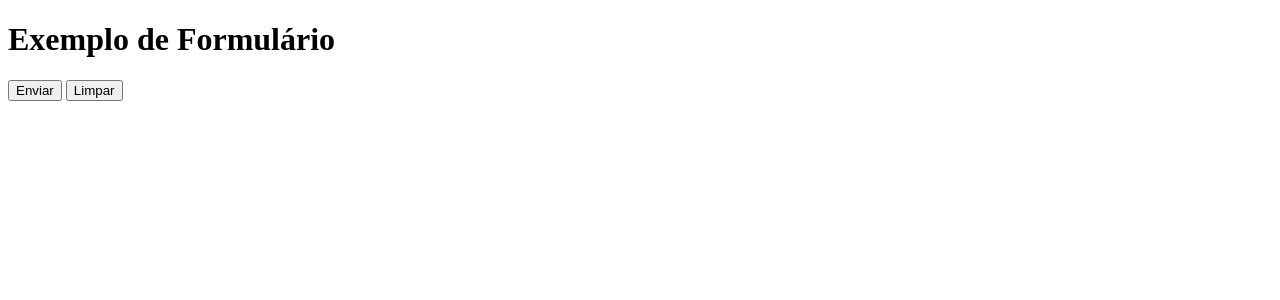
Repository: Codigo404q/html-css
Page: exercicios/ex025/form008.html
The author's editor kept a copy of each file at every save. The page is drawn from the files as they stood at one save, then again after a run of saves.
The browser window is 1280 px wide. The pictures show the whole page.

Above is the page before, as saved 2024-01-31 21:25:08.

### exercicios/ex025/form008.html
<!DOCTYPE html>
<html lang="pt-br">
<head>
    <meta charset="UTF-8">
    <meta name="viewport" content="width=device-width, initial-scale=1.0">
    <title>Formulário</title>
</head>
<body>
    <h1>Exemplo de Formulário </h1>
    <form action="cadastro.lua" method="get" autocomplete="on"></form>
    <p>
        <label for="in1"></label>
    </p>
    <p>
        <input type="submit" value="Enviar">
        <input type="reset" value="Limpar">
    </p>
</body>
</html>

After the next 7 saves:
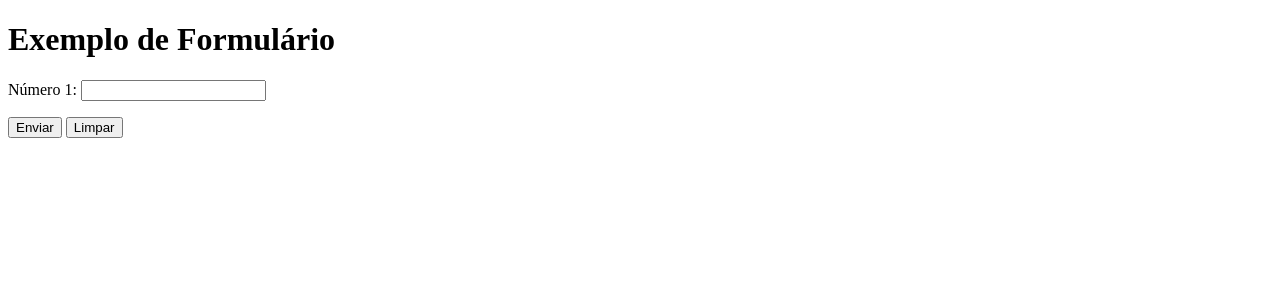
The 7 saves are shown as one change because they came seconds apart.
The last was saved 17 s later.
--- a/exercicios/ex025/form008.html
+++ b/exercicios/ex025/form008.html
@@ -9,7 +9,8 @@
     <h1>Exemplo de Formulário </h1>
     <form action="cadastro.lua" method="get" autocomplete="on"></form>
     <p>
-        <label for="in1"></label>
+        <label for="in1">Número 1: </label>
+        <input type="number">
     </p>
     <p>
         <input type="submit" value="Enviar">
